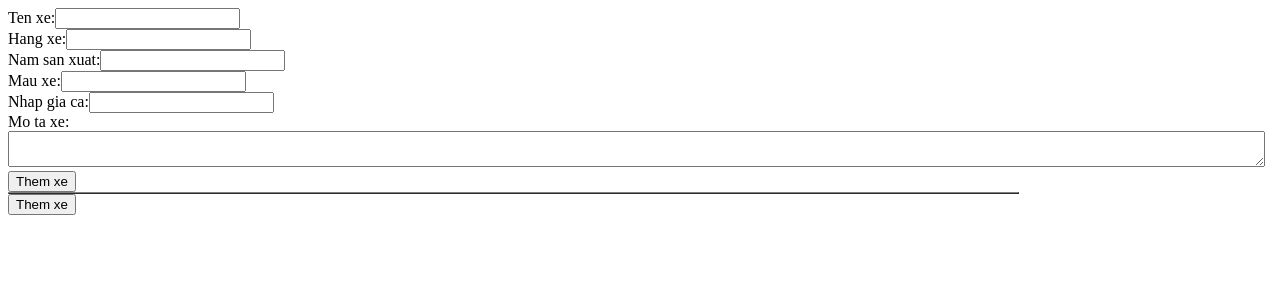
Repository: vule2809/LTW-20146307
Page: http://localhost/A-banxemay/views/product/addProduct.jsp
These files come from the project's save history. The page is drawn as it stood at one moment and after the next save; the edit follows.
The browser window is 1280 px wide. The pictures show the whole page.
The page is served by Tomcat 9. Nobody is signed in. The application's start-up code is not run.

Above is the page before, as saved 2023-12-05 06:04:15.

After the next save:
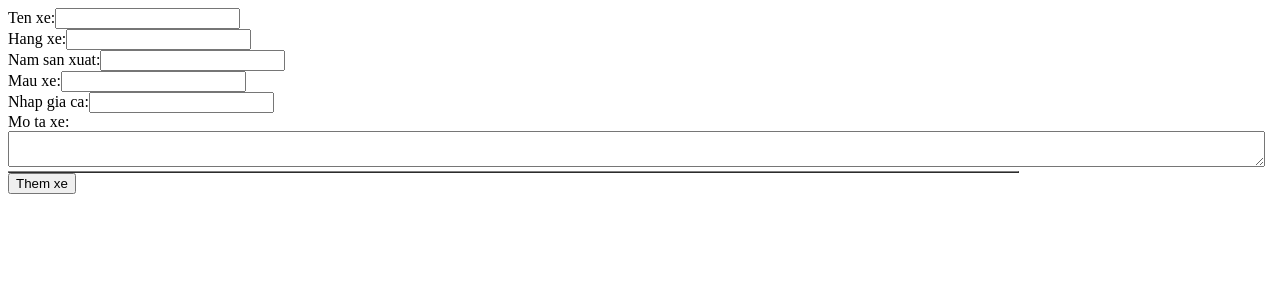
Saved 27 s later.
--- a/A-banxemay/src/main/webapp/views/product/addProduct.jsp
+++ b/A-banxemay/src/main/webapp/views/product/addProduct.jsp
@@ -19,7 +19,6 @@
 			<textarea name="Description" cols="5" class="form-control"
 				style="width: 99%;"></textarea>
 			<br>
-			<input type="submit" value="Them xe">
 		</form>
 	</table>
 <form action="add">
